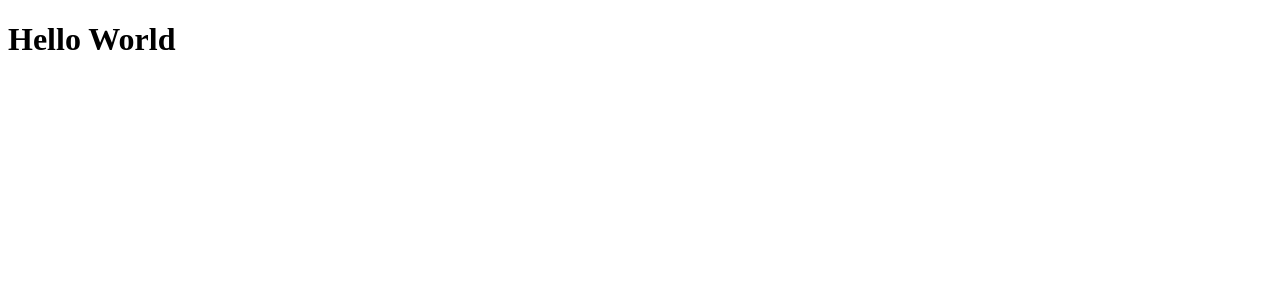
Repository: somakbha/CodeBackUP
Page: JSP-Servlet-by-java-brains/SimpleServletProject/WebContent/index.html
These files come from the project's save history. The page is drawn as it stood at one moment and after the next save; the edit follows.
The browser window is 1280 px wide. The pictures show the whole page.

Above is the page before, as saved 2019-06-15 07:01:40.

After the next save:
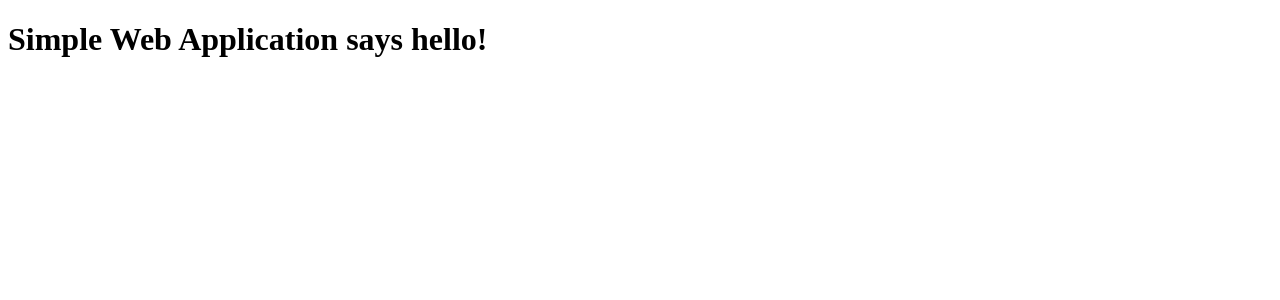
Saved 84 s later.
--- a/JSP-Servlet-by-java-brains/SimpleServletProject/WebContent/index.html
+++ b/JSP-Servlet-by-java-brains/SimpleServletProject/WebContent/index.html
@@ -2,9 +2,9 @@
 <html>
 <head>
 <meta charset="UTF-8">
-<title>Insert title here</title>
+<title>Simple Web Application</title>
 </head>
 <body>
-<h1>Hello World</h1>
+<h1>Simple Web Application says hello!</h1>
 </body>
 </html>
